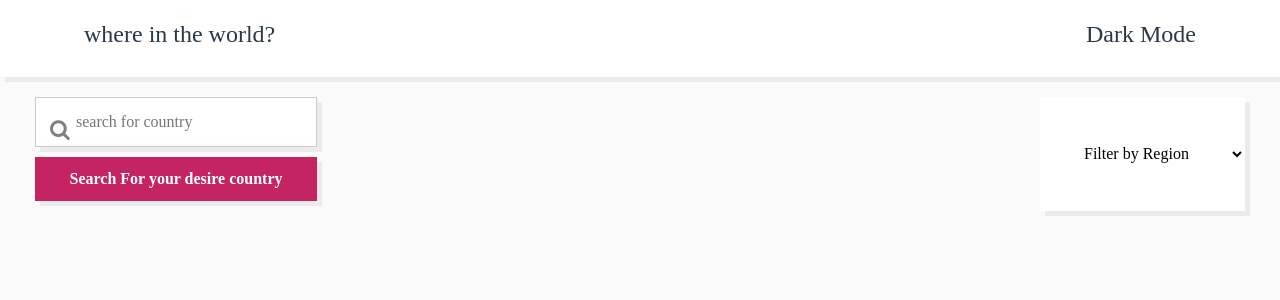
Repository: lamilekan263/countries
Page: /
An editor plug-in stored every save of this project. The page is shown before and after a run of saves, followed by the edit.
The browser window is 1280 px wide. The pictures show the whole page.
The page's requests for data from a server got no answer. The project was rebuilt for these pictures with package versions that can differ from the ones it lists, and the page was loaded fresh each time. No one was signed in, and anything a server would have sent is missing. Also part of the build but not shown: src/components/country/country.css, src/components/country/country.jsx, src/components/selectCountryRegion/selectCountryRegion.styles.css, src/components/selectCountryRegion/selectCountryRegion.component.jsx.

Above is the page before, as saved 2020-07-30 16:39:27.

### src/index.js
import React from 'react';
import ReactDOM from 'react-dom';
import 'bootstrap/dist/css/bootstrap.css'
import App from './App';
import './App.css'

ReactDOM.render(
  <React.StrictMode>
    <App />
  </React.StrictMode>,
  document.getElementById('root')
);

// If you want your app to work offline and load faster, you can change
// unregister() to register() below. Note this comes with some pitfalls.
// Learn more about service workers: https://bit.ly/CRA-PWA
if(module.hot){
  module.hot.accept()
}

### src/App.js
import React, {Component} from 'react';
import NavBar from './components/Navbar/navBar.component'
import CountryList from './components/country-list/country-list.component'
import MyForm from './components/form.component/form.component'

class App extends Component {
  constructor(){
    super();
    this.state={
      countries :[


      ],
      searchValue : ''

      }
  }
    componentDidMount(){
    fetch('https://restcountries.eu/rest/v2/all')
    .then(response => response.json())
    .then(countries => console.log(countries))
  }

  handleCountry = e =>{
    this.setState({searchValue : e.target.value})
    console.log(e)

  }

  render() {
    const {countries, searchValue} = this.state
    const filteredCountries = countries.filter(country => country.name.toLowerCase().includes(searchValue.toLowerCase()))
    return (
      <div>
        <NavBar  />
        <MyForm handleChange ={this.handleCountry}/>
          <CountryList countries = {filteredCountries} />


      </div>
    );
  }
}

export default App;

### src/components/Navbar/navBar.component.jsx
import React  from 'react';
import '../Navbar/navbar.styles.css'
const NavBar = () => {
    return (
        <nav >
            <div className="myContainer" id="nav-flex">
                <div>
                    <h1 >where in the world?</h1>
                </div>
                <div>
                    <h1>Dark Mode</h1>
                </div>
            </div>
        </nav>
     );
}

export default NavBar;

### src/components/country-list/country-list.component.jsx
import React from 'react';
import Country from '../country/country'
import './country-list.styles.css'
const CountryList = props => {
    return (
        <div className="country-list container-fluid">
                    <div className="flex-country">
                        {
                            props.countries.map((country,index) => (
                                    <Country key={ index } country ={country}/>
                                    ))
                                }
                    </div>
        </div>
     );
}

export default CountryList;

### src/components/form.component/form.component.jsx
import React, { useState } from 'react';
import Input from "../input.component/input.component"
import SelectDropDownByRegion from '../selectCountryRegion/selectCountryRegion.component'
import './form.styles.css';




const MyForm =props =>{
    const [text, textState] = useState('')
    const onChange = e => textState(e.target.value);

    const onSubmit = e =>{
        e.preventDefault();

    }

    return(
        <div className="container-fluid">
            <form className="myForm" onSubmit = {onSubmit}>
                <div>
                    <Input onHandleChange={props.handleChange}/>
                    <button>Search For your desire country</button>
                 </div>
                    <select name="Filter by Region">
                        <option value="">Filter by Region</option>
                        <option value="Africa">Africa</option>
                        <option value="Americas">Americas</option>
                        <option value="Asia">Asia</option>
                        <option value="Europe">Europe</option>
                        <option value="Oceania">Oceania</option>
                    </select>
            </form>

        </div>
    );
}


export default MyForm

### src/components/Navbar/navbar.styles.css

nav{
    background-color:white;
    color:hsl(209, 23%, 22%);
    box-shadow: 5px 5px rgb(236, 234, 234);
    /* position: fixed; /* Set the navbar to fixed position */
    /* top: 0px;
    overflow: hidden;
    z-index:1; */
    width:100%;

}

h1{
    font-size:1.5em;
}
#nav-flex{
    display:flex;
    justify-content: space-between;
    padding:20px;
}
.myContainer{
    width:90%;
    margin:0 auto;
    overflow:hidden;
}

### src/components/country-list/country-list.styles.css

.country-list{
    padding:0% 7%;
    margin:150px 0 20px;


}
@media(min-width:750px){
    .flex-country{
        display:flex;
        flex-wrap:wrap;
        justify-content: space-around;
    }
}

### src/components/input.component/input.component.jsx
import React from 'react';

import './input.styles.css'


const Input = props =>(
    <div className="fontuser">
            <input type="text"
                    placeholder="search for country"
                     required />
            <i className="fa fa-search fa-lg" >{props.onHandleChange}</i>
    </div>
)

export default Input;

### src/components/form.component/form.styles.css
.myForm{
    position: relative;
    top:30;
    left:10;
    display: flex;
    justify-content: space-between;
    margin:20px;
}

button{
    margin:10px 0;
    width:100%;
    border: none;
    background-color: rgb(196, 36, 97);
    color:white;
    padding:10px;
    font-weight: 700;
    font-size:1rem;
    box-shadow:5px 5px rgb(236, 234, 234);
}
select{
    padding: 12px 40px;
    border: none;
    background-color: #fff;
    box-shadow:5px 5px rgb(236, 234, 234);
}
select ::after{
    padding:10px;
}

### src/components/input.component/input.styles.css
input{
    width:100%;
    border:none;
    box-shadow:5px 5px rgb(236, 234, 234);
    padding: 12px 40px;
    display: inline-block;
    border: 1px solid #ccc;
    box-sizing: border-box;
}
input :active{
    border: 1px solid red;

}
i{
    position: absolute;
    left: 15px;
    top: 25px;
    color: gray;
}

Loaded but not shown: public/index.html (common file); src/App.css (common file)

After the next 2 saves:
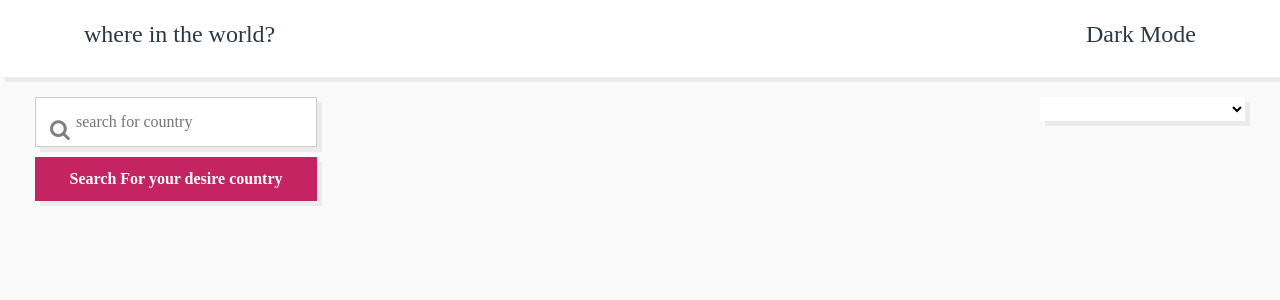
The 2 saves are shown as one change because they came seconds apart.
The last was saved 20 s later.
--- a/src/components/form.component/form.styles.css
+++ b/src/components/form.component/form.styles.css
@@ -20,6 +20,7 @@ button{
 }
 select{
     padding: 12px 40px;
+    height:12px;
     border: none;
     background-color: #fff;
     box-shadow:5px 5px rgb(236, 234, 234);
